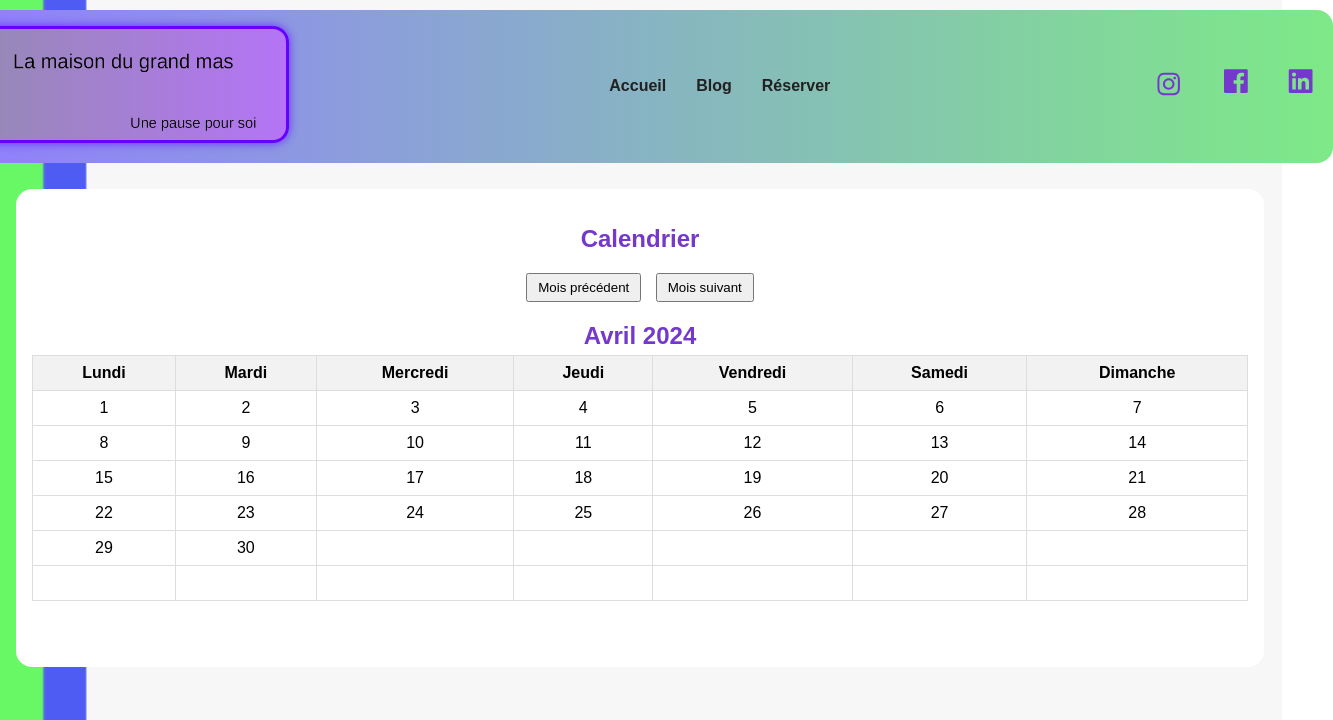
Repository: Crosnierpaul/Les_Rangers_de_Pouvoir
Page: http://localhost/entretien
The author's editor kept a copy of each file at every save. The page is drawn from the files as they stood at one save, then again after the next save.
The browser window is 1280 px wide. The page is 1333 px wide, so the pictures cover 1333 px, including what lies to the right of the window. The pictures show the whole page.
The page is served by the project's Node server (site/server.js).

Above is the page before, as saved 2024-05-07 09:24:46.

After the next save:
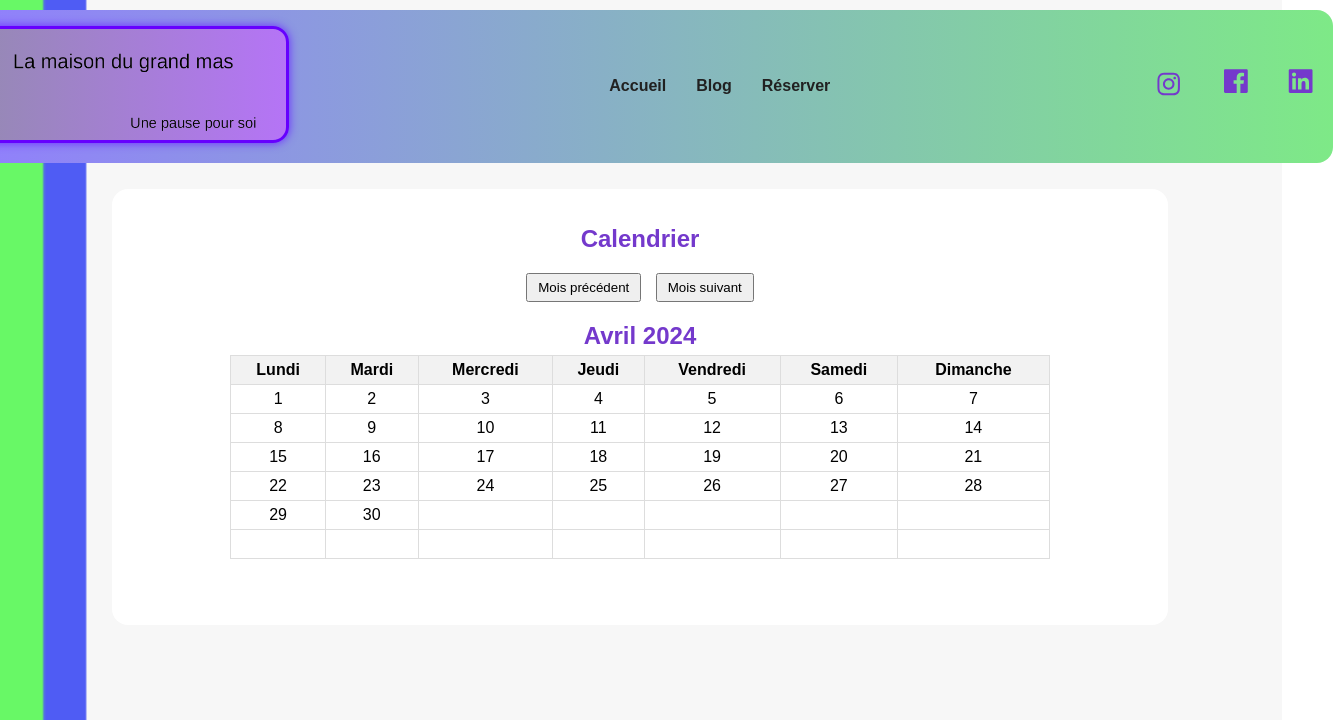
Saved 2 min 33 s later.
--- a/site/public/css/entretien.css
+++ b/site/public/css/entretien.css
@@ -1,9 +1,8 @@
-body {
-    font-family: Arial, sans-serif;
-}
-
 .calendar {
     margin-bottom: 50px;
+    width: 80%; /* Réduire la largeur du calendrier */
+    margin-left: auto; /* Centrer le calendrier */
+    margin-right: auto; /* Centrer le calendrier */
 }
 
 table {
@@ -14,7 +13,7 @@
 th, td {
     border: 1px solid #dddddd;
     text-align: center;
-    padding: 8px;
+    padding: 5px; /* Réduire l'espacement intérieur */
 }
 
 th {
@@ -47,7 +46,8 @@
 }
 
 section {
-    margin: 1em;
+    margin: 1em auto; /* Centrer la section */
+    max-width: 80%; /* Réduire la largeur maximale */
     background-color: rgb(255, 255, 255);
     border-radius: 1em;
     padding: 1em;
